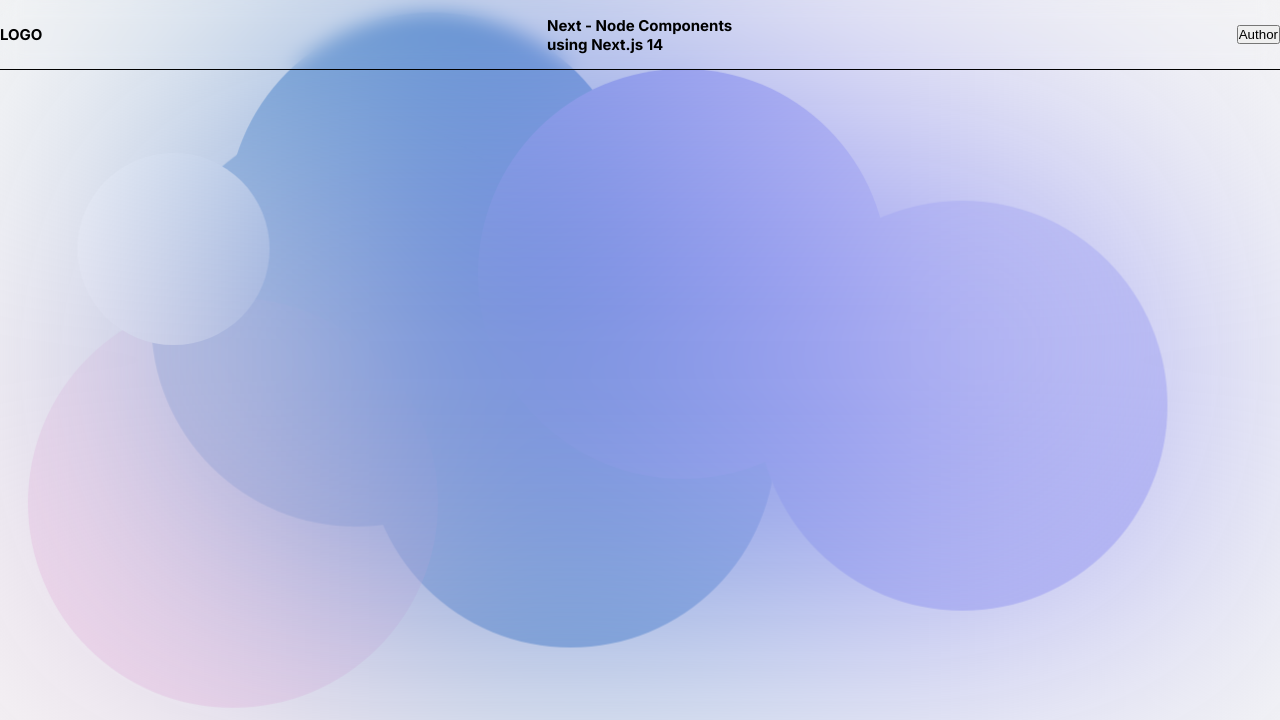
Repository: keval-gohil/komponents
Page: /
An editor plug-in stored every save of this project. The page is shown before and after the next save, followed by the edit.
The browser window is 1280 px wide. The pictures show the whole page.
The project was rebuilt for these pictures with package versions that can differ from the ones it lists, and the page was loaded fresh each time. The framework's server and built-in components were replaced by stand-ins that run in the browser. Also part of the build but not shown: next.config.mjs.

Above is the page before, as saved 2024-03-07 11:31:00.

After the next save:
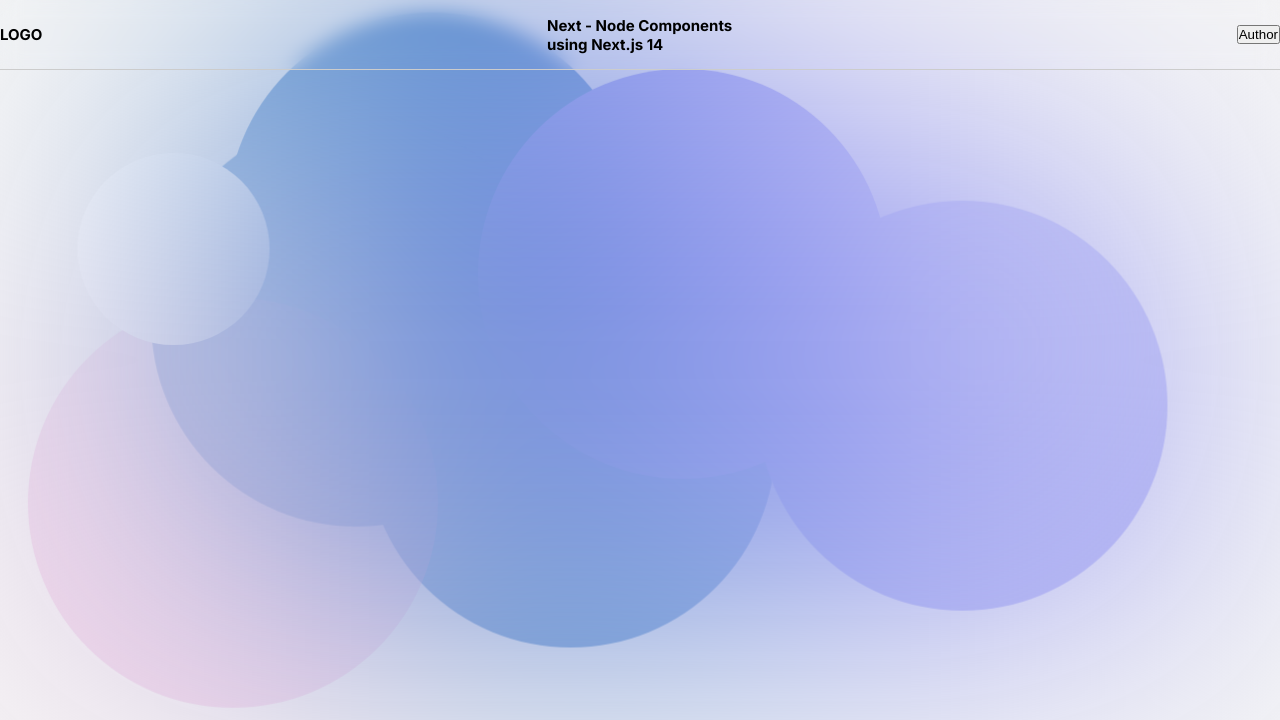
Saved 30 s later.
--- a/components/reuse/styles/style.css
+++ b/components/reuse/styles/style.css
@@ -5,5 +5,5 @@
     height: 7rem;
     background: transparent;
     backdrop-filter: blur(10px);
-    border-bottom: 0.1rem solid ;
+    border-bottom: 0.1rem solid #ccc;
 }
